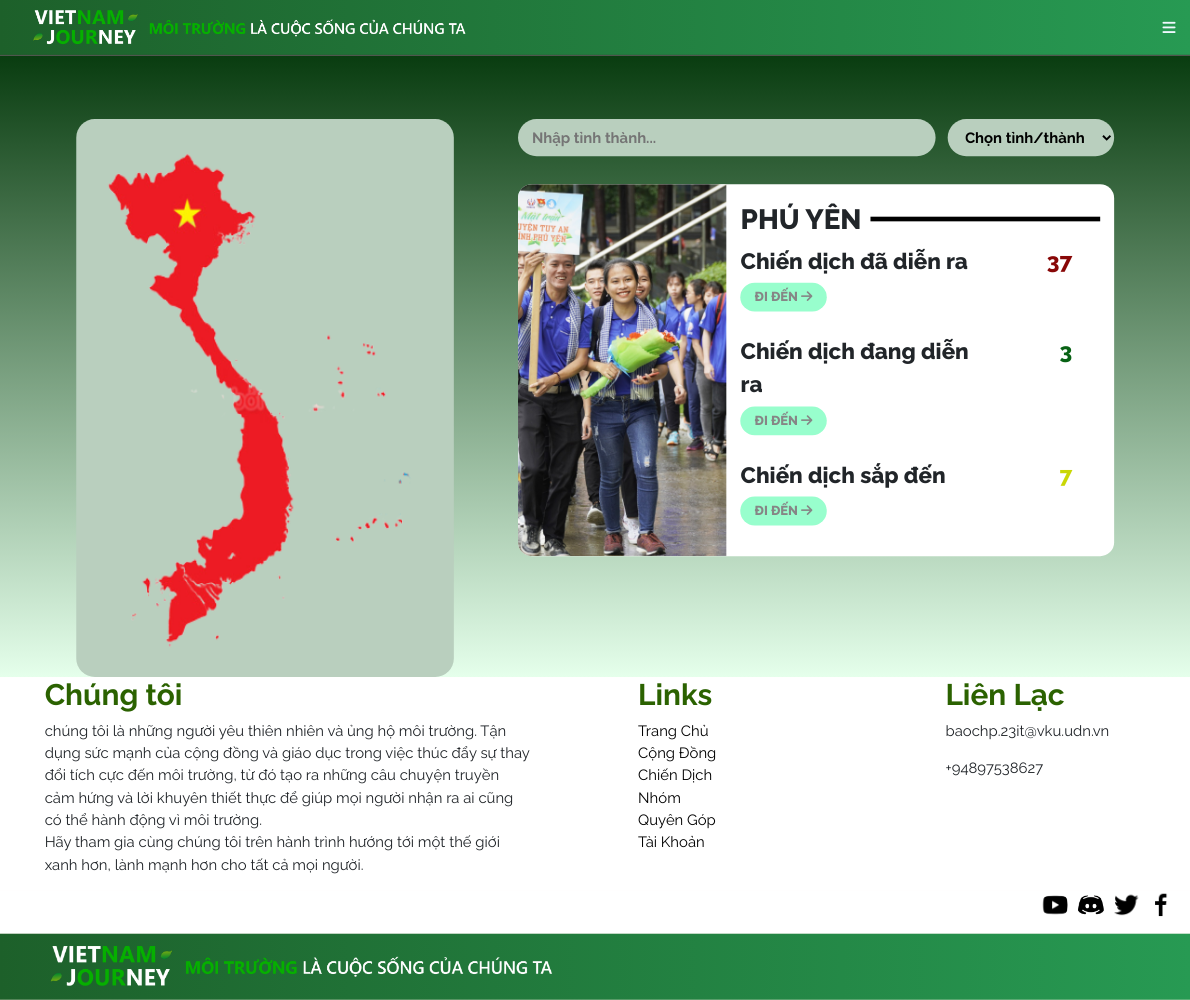
Repository: Boima12/Boima12.github.io_VietnamJourney
Page: HTML/ChienDich/ChienDich.html
These files come from the project's save history. The page is drawn as it stood at one moment and after the next save; the edit follows.
The browser window is 1280 px wide. The pictures show the whole page, at 93% of full size.

Above is the page before, as saved 2024-05-25 08:27:19.

After the next save:
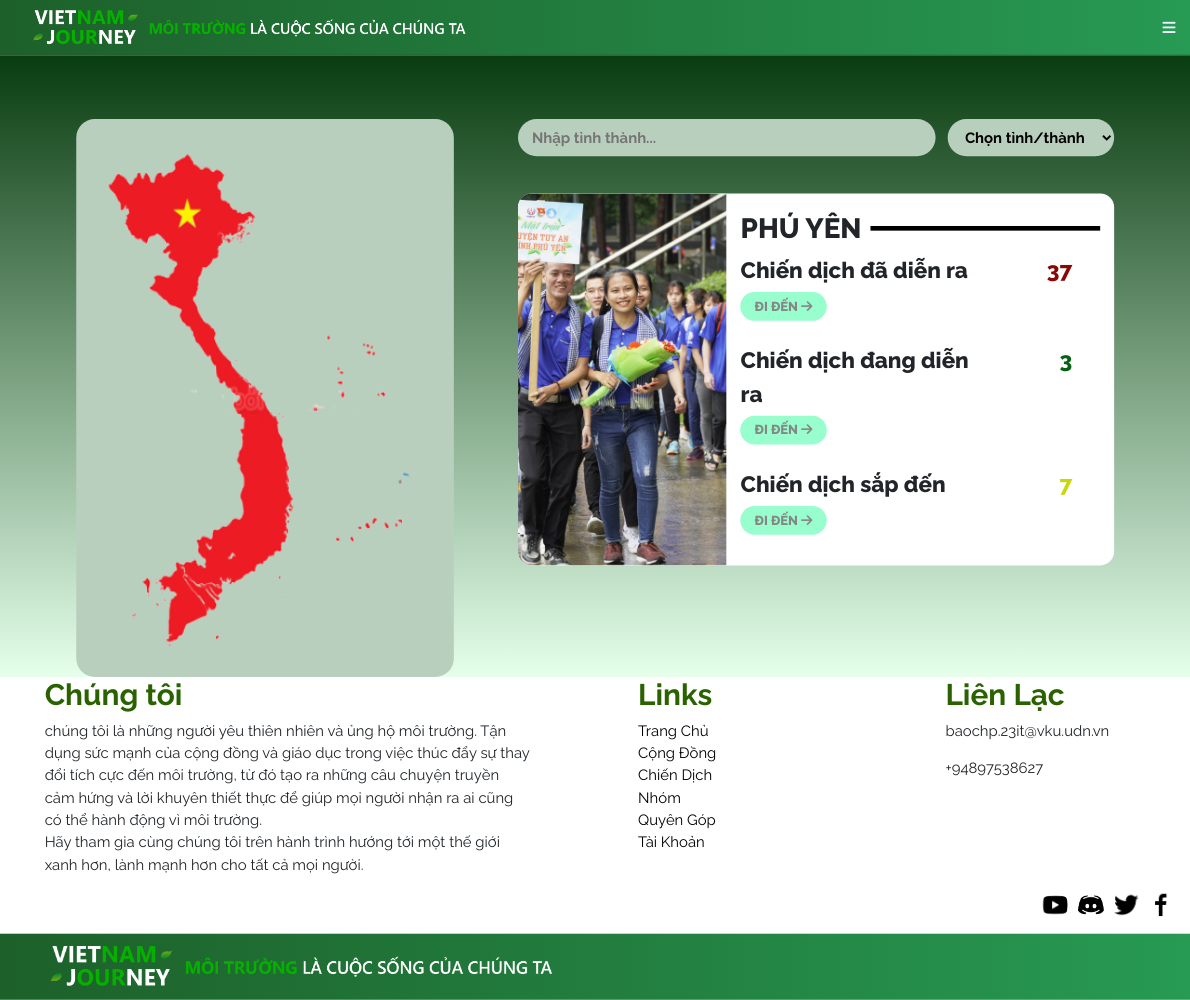
Saved 79 s later.
--- a/HTML/ChienDich/ChienDich.css
+++ b/HTML/ChienDich/ChienDich.css
@@ -206,7 +206,7 @@ header #sidebar div.sidebar-content i {
 
 .right .search {
     height: 40px;
-    margin-bottom: 30px;
+    margin-bottom: 40px;
     display: flex;
     justify-content: space-between;
 }
